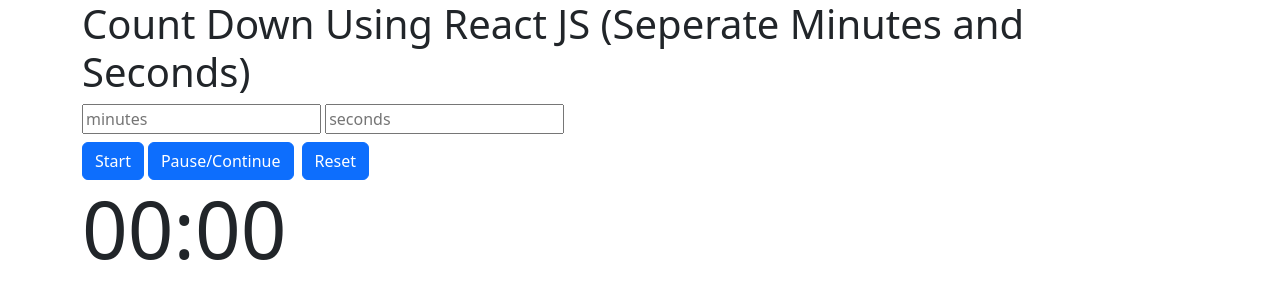
Repository: maheshdama13/reactjs-count-down
Page: /
An editor plug-in stored every save of this project. The page is shown before and after the next save, followed by the edit.
The browser window is 1280 px wide. The pictures show the whole page.
The project was rebuilt for these pictures with package versions that can differ from the ones it lists, and the page was loaded fresh each time. Also part of the build but not shown: src/App.css.

Above is the page before, as saved 2022-07-01 02:22:23.

### src/App.js
import logo from './logo.svg';
import './App.css';
import CountDown from './components/CountDown';

function App() {
  return (
    <CountDown />
  );
}

export default App;

### src/components/CountDown.js
import React, {useState, useEffect, useRef} from 'react'

export default function CountDown() {
  const [timer, setTimer] = useState(0);
  const [formattedTimer, setFormattedTimer] = useState("00:00");
  const [isTimerRunning, setIsTimerRunning] = useState(0);

  const formData = useRef(null)

  useEffect(() => {
    let interval = 0;
    if(isTimerRunning === 1) {
      interval = setInterval(() => {
        if(timer > 0)
          setTimer(timer-1);
        }, 1000);
      }


    setFormattedTimer(formatTimer(timer))
    return () => clearInterval(interval);
  }, [timer, isTimerRunning]);

  const formatTimer = (timeData) => {
    let m = Math.floor(timeData % 3600 / 60);
    m = (m<=9) ? '0'+m : m;
    let s = Math.floor(timeData % 3600 % 60);
    s = (s<=9) ? '0'+s : s;
    return m+':'+s;
  }

  const startHandler = () => {
    setIsTimerRunning(1);
    const form = formData.current
    let minutes = form['minutes'].value;
    let seconds = form['seconds'].value;
    let timerVal = Number(minutes*60) + Number(seconds);
    setTimer(timerVal);
  }

  const pauseHandler = () => {
    setIsTimerRunning(prevState => {
      if(prevState === 1) {
        return 0
      } else {
        return 1;
      }
    });
  }

  const resetHandler = () => {
    formData.current.reset();
    setIsTimerRunning(0);
    setTimer(0);
  }

  return (
    <div className='container'>
    <h1>Count Down Using React JS (Seperate Minutes and Seconds)</h1>
      <form ref={formData}>
        <div class="d-flex">
          <input className=' d-inline' name='minutes' type="number" placeholder='minutes' />&nbsp;
          <input className=' d-inline' name='seconds' type="number" placeholder='seconds' />&nbsp;
        </div>
        <div className='mt-2'>
          <button type="button" className='btn btn-primary mr-1' onClick={startHandler}>Start</button>
          <button type="button" className='btn btn-primary mx-1' onClick={pauseHandler}>Pause/Continue</button>
          <button type="button" className='btn btn-primary mx-1' onClick={resetHandler}>Reset</button>
        </div>
      </form>


      <h1 className='display-1'>{formattedTimer}</h1>
    </div>
  )
}

Loaded but not shown: public/index.html (common file); src/index.js (common file); src/index.css (common file); src/reportWebVitals.js (common file)

After the next save:
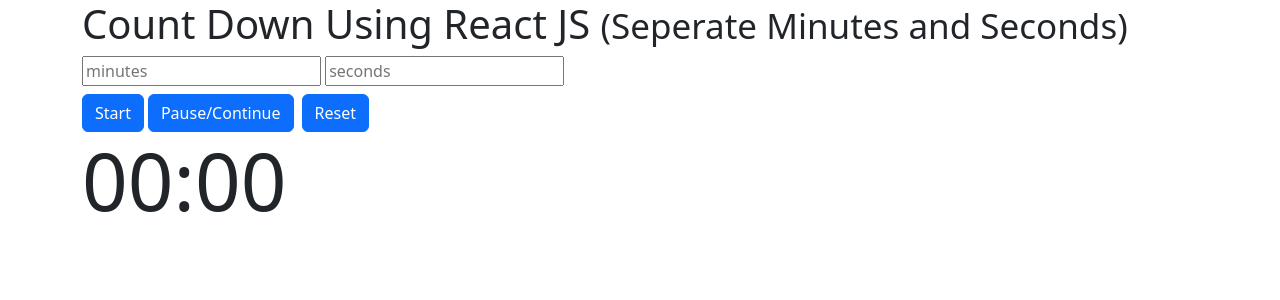
Saved 6 s later.
--- a/src/components/CountDown.js
+++ b/src/components/CountDown.js
@@ -56,7 +56,7 @@
 
   return (
     <div className='container'>
-    <h1>Count Down Using React JS (Seperate Minutes and Seconds)</h1>
+    <h1>Count Down Using React JS <small>(Seperate Minutes and Seconds)</small></h1>
       <form ref={formData}>
         <div class="d-flex">
           <input className=' d-inline' name='minutes' type="number" placeholder='minutes' />&nbsp;
